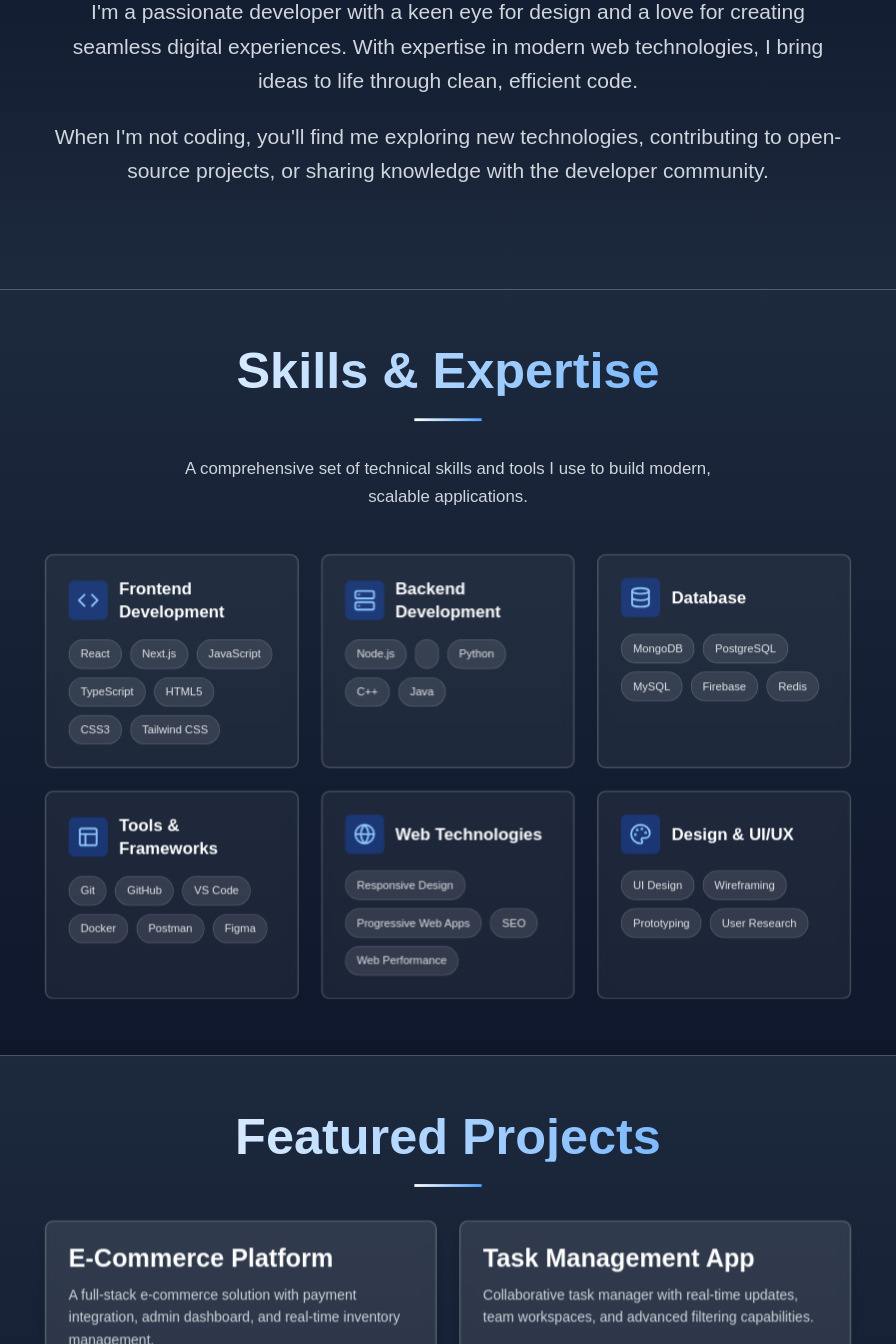
Repository: harshikabodekar/portfolio_awp
Page: /
These files come from the project's save history. The page is drawn as it stood at one moment and after the next save; the edit follows.
The browser window is 1280 px wide. The pictures show the part of the page from y = 1092 to 3012 px (the page is 4640 px tall), at 70% of full size.
The project was rebuilt for these pictures with package versions that can differ from the ones it lists, and the page was loaded fresh each time. The framework's server and built-in components were replaced by stand-ins that run in the browser. Also part of the build but not shown: next.config.mjs.

Above is the page before, as saved 2025-10-15 20:59:01.

### src/app/layout.js
import "./globals.css";

export const metadata = {
  title: "AWP Portfolio",
  description: "Personal portfolio",
};

export default function RootLayout({ children }) {
  return (
    <html lang="en">
      <body className="antialiased">
        {children}
      </body>
    </html>
  );
}

### src/app/page.js
//import Image from "next/image";
import Navbar from "./components/Navbar";
import React from "react";
import Projects from "./components/Project";
import About from "./components/About";
import Contact from "./components/Contact";
import Hero from "./components/Hero";
import Skills from "./components/Skills";

export default function Home() {
  return (
    <div className="font-sans">
      <Navbar />
      <main className="w-full">
        <Hero />
        <About />
        <Skills />
        <Projects />
        <Contact />
      </main>
    </div>
  );
}

### src/app/components/Navbar.js
import React from 'react';

const Navbar = () => {
  return (
    <nav className="bg-gray-900 text-white py-4 px-6 fixed w-full top-0 left-0 z-50 shadow-lg">
      <div className="container mx-auto flex justify-between items-center">
        <h1 className="text-4xl font-bold">My Portfolio</h1>
        <ul className="flex space-x-12 text-2xl">
          <li><a href="#home" className="hover:text-blue-400 transition-colors">Home</a></li>
          <li><a href="#about" className="hover:text-blue-400 transition-colors">About</a></li>
          <li><a href="#skills" className="hover:text-blue-400 transition-colors">Skills</a></li>
          <li><a href="#projects" className="hover:text-blue-400 transition-colors">Projects</a></li>
          <li><a href="#contact" className="hover:text-blue-400 transition-colors">Contact</a></li>
        </ul>
      </div>
    </nav>
  );
};

export default Navbar;

### src/app/components/Project.js
import React from 'react';
import ProjectCard from './ProjectCard';
import { projectsData } from '../data/projects';

const Projects = () => {
  const projects = [
    {
      title: "E-Commerce Platform",
      description: "A full-stack e-commerce solution with payment integration, admin dashboard, and real-time inventory management.",
      tech: ["React", "Node.js", "MongoDB", "Stripe"],

    },
    {
      title: "Task Management App",
      description: "Collaborative task manager with real-time updates, team workspaces, and advanced filtering capabilities.",
      tech: ["Next.js", "TypeScript", "PostgreSQL", "Prisma"],

    },
    {
      title: "Weather Dashboard",
      description: "Real-time weather dashboard with forecasts, interactive maps, and location-based recommendations.",
      tech: ["Vue.js", "Python", "FastAPI", "OpenWeather API"],

    },
    {
      title: "AI Chat Application",
      description: "Intelligent chatbot with natural language processing, context awareness, and custom training capabilities.",
      tech: ["React", "Python", "TensorFlow", "WebSockets"],

    }
  ];

return (
    <section id="projects" className="py-20 px-6 bg-gradient-to-b from-slate-800 to-slate-900 text-white">
      <div className="container mx-auto px-4">
        <div className="max-w-6xl mx-auto">
          <h2 className="text-3xl sm:text-5xl md:text-6xl lg:text-7xl font-bold mb-8 text-center bg-gradient-to-r from-white to-blue-400 bg-clip-text text-transparent">
            Featured Projects
          </h2>
          <div className="w-24 h-1 bg-gradient-to-r from-white to-blue-400 mx-auto mb-12"></div>

          <div className="grid md:grid-cols-2 gap-6 lg:gap-8">
            {projects.map((project, index) => (
              <ProjectCard key={index} project={project} />
            ))}
          </div>
        </div>
      </div>
    </section>
  );
};

export default Projects;

### src/app/components/About.js
import React from 'react';

const About = () => {
  return (
    <section id="about" className="py-20 px-6 bg-gradient-to-b from-slate-900 to-slate-800 text-white">
      <div className="container mx-auto px-4">
        <div className="max-w-6xl mx-auto">
          <h2 className="text-4xl sm:text-5xl md:text-6xl lg:text-7xl font-bold mb-8 text-center bg-gradient-to-r from-white to-blue-400 bg-clip-text text-transparent">
            About Me
          </h2>
          <div className="w-24 h-1 bg-gradient-to-r from-white to-blue-400 mx-auto mb-12"></div>

          <div className="mb-16 text-center">
            <p className="text-xl sm:text-2xl md:text-3xl text-gray-300 leading-relaxed mb-8">
              I'm a passionate developer with a keen eye for design and a love for creating
              seamless digital experiences. With expertise in modern web technologies, I bring
              ideas to life through clean, efficient code.
            </p>
            <p className="text-xl sm:text-2xl md:text-3xl text-gray-300 leading-relaxed">
              When I'm not coding, you'll find me exploring new technologies, contributing to
              open-source projects, or sharing knowledge with the developer community.
            </p>

          </div>

          </div>
      </div>
    </section>
  );
};

export default About;

### src/app/components/Contact.js
"use client";
import { Mail, Phone, MapPin, Github, Linkedin, Twitter } from 'lucide-react';

const Contact = () => {
  const contactInfo = [
    {
      icon: Mail,
      label: "Email",
      value: "harshikabodekar02@gmail.com",
      href: "mailto:harshikabodekar02@gmail.com"
    },
    {
      icon: Phone,
      label: "Phone",
      value: "+91 9130343030",
      href: "tel:+919130343030"
    },
    {
      icon: MapPin,
      label: "Location",
      value: "Pune, India",
      href: "#"
    }
  ];

  const socialLinks = [
    {
      icon: Github,
      label: "GitHub",
      href: "https://github.com/harshikabodekar"
    },
    {
      icon: Linkedin,
      label: "LinkedIn",
      href: "https://linkedin.com"
    },
    {
      icon: Twitter,
      label: "Twitter",
      href: "https://twitter.com/harshikabodekar"
    }
  ];

  return (
    <section id="contact" className="py-20 px-6 bg-gradient-to-b from-slate-800 to-slate-900 text-white">
      <div className="container mx-auto px-4">
        <div className="max-w-6xl mx-auto">
          <h2 className="text-4xl sm:text-5xl md:text-6xl lg:text-7xl font-bold mb-8 text-center bg-gradient-to-r from-white to-blue-400 bg-clip-text text-transparent">
            Get In Touch
          </h2>
          <div className="w-24 h-1 bg-gradient-to-r from-white to-blue-400 mx-auto mb-12"></div>

          <p className="text-center text-xl md:text-2xl text-gray-300 mb-16 max-w-3xl mx-auto leading-relaxed">
            I'm always open to discussing new projects, creative ideas, or opportunities to be part of your visions.
          </p>

          <div className="grid md:grid-cols-3 gap-8 mb-16">
            {contactInfo.map((info, index) => {
              const IconComponent = info.icon;
              return (
                <div
                  key={index}
                  className="border-2 border-white/20 rounded-xl p-8 hover:border-blue-400/50 transition-all duration-300 text-center group backdrop-blur-sm bg-white/5"
                >
                  <div className="inline-flex p-4 bg-blue-600/30 rounded-lg mb-4 group-hover:bg-blue-600/50 transition-all duration-300">
                    <IconComponent className="w-8 h-8 text-blue-300" />
                  </div>
                  <h3 className="text-lg font-semibold text-gray-200 mb-3">{info.label}</h3>
                  <a
                    href={info.href}
                    className="text-xl text-white hover:text-blue-400 transition-colors duration-300 break-words"
                  >
                    {info.value}
                  </a>
                </div>
              );
            })}
          </div>

          <div className="border-2 border-white/20 rounded-xl p-10 backdrop-blur-sm bg-white/5">
            <h3 className="text-3xl md:text-4xl font-bold mb-8 text-center text-white">Connect With Me</h3>

            <div className="flex justify-center gap-6 mb-10">
              {socialLinks.map((social, index) => {
                const SocialIcon = social.icon;
                return (
                  <a
                    key={index}
                    href={social.href}
                    target="_blank"
                    rel="noreferrer"
                    className="p-4 bg-white/10 border-2 border-white/20 rounded-full hover:bg-blue-600 hover:border-blue-400 transition-all duration-300 group"
                    aria-label={social.label}
                  >
                    <SocialIcon className="w-8 h-8 text-white group-hover:scale-110 transition-transform" />
                  </a>
                );
              })}
            </div>

            <div className="text-center">
              <a
                href="mailto:harshikabodekar02@gmail.com"
                className="inline-flex items-center gap-3 px-8 py-4 bg-blue-600 hover:bg-blue-700 text-white rounded-lg transition-colors text-lg md:text-xl font-medium shadow-lg hover:shadow-blue-500/50"
              >
                <Mail className="w-6 h-6" />
                Send Me an Email
              </a>
            </div>
          </div>
        </div>
      </div>
    </section>
  );
};

export default Contact;

### src/app/components/Hero.js
"use client";
import React from 'react';
import { Github, Linkedin, Mail } from 'lucide-react';

const Hero = () => {
  return (
    <section id="home" className="relative w-full min-h-screen flex items-center justify-center bg-gradient-to-b from-slate-800 to-slate-900 text-white pt-20">
      <div className="w-full px-4 sm:px-6 lg:px-8 py-12 sm:py-16 md:py-20 relative z-10">
        <div className="max-w-6xl mx-auto text-center">
          <div className="mb-6 sm:mb-8 flex justify-center">
            <div className="w-32 h-32 sm:w-40 sm:h-40 md:w-48 md:h-48 rounded-full bg-gray-300 dark:bg-gray-600 border-4 border-white flex items-center justify-center text-xl sm:text-2xl font-bold text-gray-800">HB</div>
          </div>



          <h1 className="text-4xl sm:text-4xl md:text-5xl lg:text-6xl xl:text-7xl font-bold mb-4 sm:mb-6 bg-gradient-to-r from-white to-blue-400 bg-clip-text text-transparent px-4">
            Harshika Bodekar
          </h1>

          <p className="text-base sm:text-lg md:text-xl lg:text-3xl text-gray-300 mb-6 sm:mb-8 font-light px-4">
            Computer Science Student | Frontend Developer
          </p>

          <p className="text-sm sm:text-base md:text-2xl text-gray-400 mb-8 sm:mb-12 max-w-2xl mx-auto leading-relaxed px-4">
            Crafting elegant digital experiences with modern technologies.
            Passionate about clean code, intuitive design, and building products that make a difference.
          </p>

          {/* <div className="flex flex-col sm:flex-row flex-wrap gap-4 justify-center mb-8 sm:mb-12 px-4">
            <button onClick={() => {}} className="px-6 py-3 bg-white text-slate-900 rounded-full font-medium hover:bg-gray-100 transition-colors w-full sm:w-auto">View My Work</button>
            <button onClick={() => {}} className="px-6 py-3 border-2 border-white text-white rounded-full hover:bg-white hover:text-slate-900 transition-colors w-full sm:w-auto">Get In Touch</button>
          </div> */}

          <div className="flex flex-wrap gap-4 sm:gap-6 justify-center px-4">
            <a
              href="https://github.com/harshikabodekar"
              target="_blank"
              rel="noopener noreferrer"
              className="p-3 bg-white/10 rounded-full hover:bg-white/20 transition-all group"
              aria-label="GitHub"
            >
              <Github className="w-6 h-6 sm:w-8 sm:h-8 text-white group-hover:text-blue-400 transition-colors" />
            </a>
            <a
              href="https://linkedin.com/in/harshikabodekar"
              target="_blank"
              rel="noopener noreferrer"
              className="p-3 bg-white/10 rounded-full hover:bg-white/20 transition-all group"
              aria-label="LinkedIn"
            >
              <Linkedin className="w-6 h-6 sm:w-8 sm:h-8 text-white group-hover:text-blue-400 transition-colors" />
            </a>
            <a
              href="mailto:harshikabodekar02@gmail.com"
              className="p-3 bg-white/10 rounded-full hover:bg-white/20 transition-all group"
              aria-label="Email"
            >
              <Mail className="w-6 h-6 sm:w-8 sm:h-8 text-white group-hover:text-blue-400 transition-colors" />
            </a>
          </div>
        </div>
      </div>

      <div className="hidden sm:block absolute bottom-10 left-1/2 -translate-x-1/2">
        <div className="w-6 h-10 border-2 border-white rounded-full flex justify-center">
          <div className="w-1 h-3 bg-white rounded-full mt-2 animate-pulse"></div>
        </div>
      </div>
    </section>
  );
};

export default Hero;

### src/app/components/Skills.js
"use client";
import React from 'react';
import { Code, Database, Layout, Server, Globe, Palette } from 'lucide-react';

const Skills = () => {
  const skillCategories = [
    {
      icon: Code,
      title: "Frontend Development",
      skills: ["React", "Next.js", "JavaScript", "TypeScript", "HTML5", "CSS3", "Tailwind CSS"]
    },
    {
      icon: Server,
      title: "Backend Development",
      skills: ["Node.js", "", "Python", "C++", "Java"]
    },
    {
      icon: Database,
      title: "Database",
      skills: ["MongoDB", "PostgreSQL", "MySQL", "Firebase", "Redis"]
    },
    {
      icon: Layout,
      title: "Tools & Frameworks",
      skills: ["Git", "GitHub", "VS Code", "Docker", "Postman", "Figma"]
    },
    {
      icon: Globe,
      title: "Web Technologies",
      skills: ["Responsive Design", "Progressive Web Apps", "SEO", "Web Performance"]
    },
    {
      icon: Palette,
      title: "Design & UI/UX",
      skills: ["UI Design", "Wireframing", "Prototyping", "User Research"]
    }
  ];

  return (
    <section id="skills" className="py-20 px-6 bg-gradient-to-b from-slate-800 to-slate-900 text-white">
      <div className="container mx-auto px-4">
        <div className="max-w-6xl mx-auto">
          <h2 className="text-4xl sm:text-5xl md:text-6xl lg:text-7xl font-bold mb-8 text-center bg-gradient-to-r from-white to-blue-400 bg-clip-text text-transparent">
            Skills & Expertise
          </h2>
          <div className="w-24 h-1 bg-gradient-to-r from-white to-blue-400 mx-auto mb-12"></div>

          <p className="text-center text-xl md:text-2xl text-gray-300 mb-16 max-w-3xl mx-auto leading-relaxed">
            A comprehensive set of technical skills and tools I use to build modern, scalable applications.
          </p>

          <div className="grid md:grid-cols-2 lg:grid-cols-3 gap-8">
            {skillCategories.map((category, index) => {
              const IconComponent = category.icon;
              return (
                <div
                  key={index}
                  className="border-2 border-white/20 rounded-xl p-8 hover:border-blue-400/50 transition-all duration-300 backdrop-blur-sm bg-white/5 group"
                >
                  <div className="flex items-center gap-4 mb-6">
                    <div className="p-3 bg-blue-600/30 rounded-lg group-hover:bg-blue-600/50 transition-all duration-300">
                      <IconComponent className="w-8 h-8 text-blue-300" />
                    </div>
                    <h3 className="text-2xl font-bold text-white group-hover:text-blue-400 transition-colors">
                      {category.title}
                    </h3>
                  </div>

                  <div className="flex flex-wrap gap-3">
                    {category.skills.map((skill, skillIndex) => (
                      <span
                        key={skillIndex}
                        className="px-4 py-2 bg-white/10 border border-white/20 rounded-full text-sm md:text-base text-gray-200 hover:bg-blue-600/30 hover:border-blue-400/50 transition-all duration-300"
                      >
                        {skill}
                      </span>
                    ))}
                  </div>
                </div>
              );
            })}
          </div>


          </div>
        </div>

    </section>
  );
};

export default Skills;

### src/app/components/ProjectCard.js
"use client";
import React from 'react';
import { Github, ExternalLink } from 'lucide-react';

export default function ProjectCard({ project = {} }) {
  const { title, description, tech = [], github, demo } = project;

  return (
    <article className="bg-white/10 backdrop-blur-sm border-2 border-white/20 rounded-xl p-8 shadow-lg hover:shadow-2xl hover:border-blue-400/50 transition-all duration-300 group">
      <h3 className="font-bold text-3xl md:text-4xl mb-4 text-white group-hover:text-blue-400 transition-colors">
        {title || "Untitled Project"}
      </h3>

      <p className="text-gray-300 text-lg md:text-xl mb-6 leading-relaxed">
        {description || "An event management site that manages the event."}
      </p>

      {tech && tech.length > 0 && (
        <div className="flex flex-wrap gap-3 mb-6">
          {tech.map((technology, index) => (
            <span
              key={index}
              className="px-4 py-2 bg-blue-600/30 text-blue-300 rounded-full text-base md:text-lg font-medium border border-blue-400/30"
            >
              {technology}
            </span>
          ))}
        </div>
      )}

      <div className="flex gap-4 mt-6">
        {github && (
          <a
            href={github}
            target="_blank"
            rel="noreferrer"
            className="flex items-center gap-2 px-5 py-3 bg-white/20 hover:bg-white/30 text-white rounded-lg transition-colors text-base md:text-lg font-medium"
            aria-label="View on GitHub"
          >
            <Github className="w-6 h-6" />
            <span>Code</span>
          </a>
        )}

        {demo && (
          <a
            href={demo}
            target="_blank"
            rel="noreferrer"
            className="flex items-center gap-2 px-5 py-3 bg-blue-600 hover:bg-blue-700 text-white rounded-lg transition-colors text-base md:text-lg font-medium"
            aria-label="View live demo"
          >
            <ExternalLink className="w-6 h-6" />
            <span>Demo</span>
          </a>
        )}
      </div>
    </article>
  );
}

### src/app/data/projects.js
export const projectsData = [
  {
    id: '1',
    title: 'Sample Project One',
    description: 'A short description of project one.',
    link: 'https://example.com',
  },
  {
    id: '2',
    title: 'Sample Project Two',
    description: 'A short description of project two.',
    link: 'https://example.com',
  },
];

Loaded but not shown: src/app/globals.css (common file)

After the next save:
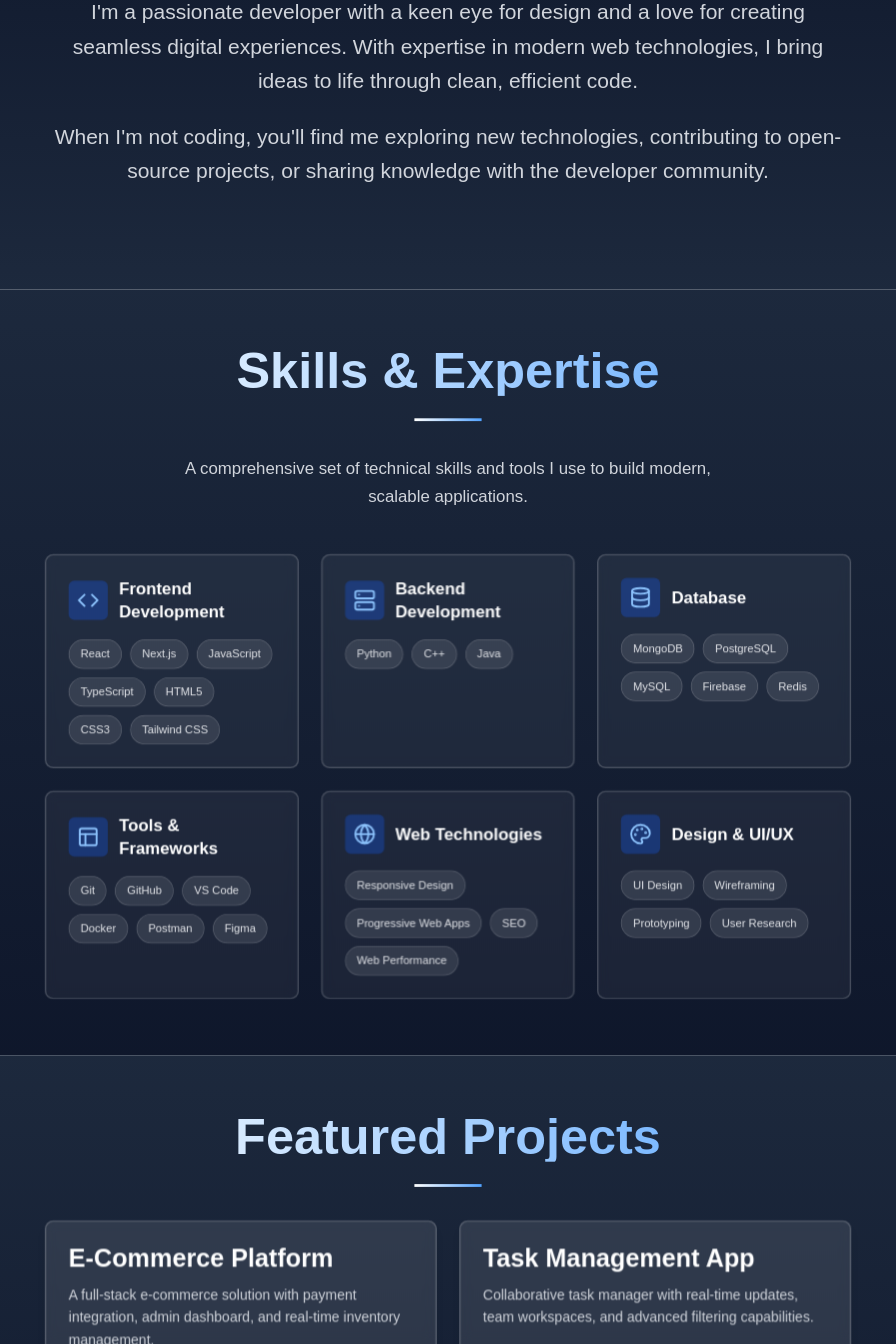
Saved 6 s later.
--- a/src/app/components/Skills.js
+++ b/src/app/components/Skills.js
@@ -12,7 +12,7 @@ const Skills = () => {
     {
       icon: Server,
       title: "Backend Development",
-      skills: ["Node.js", "", "Python", "C++", "Java"]
+      skills: [ "Python", "C++", "Java"]
     },
     {
       icon: Database,
